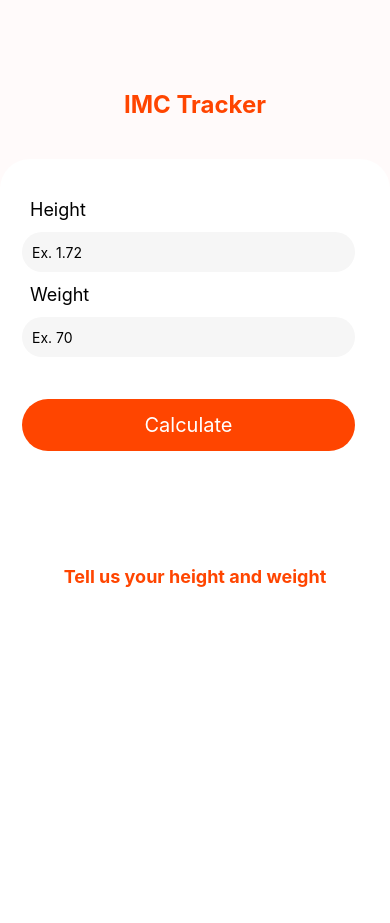
Repository: rubenmatias08/IMCTracker
Screen: /
An editor plug-in stored every save of this project. The screen is shown before and after the next save, followed by the edit.
The app was drawn by React Native's web renderer in a window 390 px wide. The project was rebuilt for these pictures with package versions that can differ from the ones it lists, and the page was loaded fresh each time.

Above is the screen before, as saved 2024-03-11 00:40:09.

### App.js
import { StyleSheet, View } from 'react-native';
import Title from './src/components/Title';
import Form from './src/components/Form/index'

export default function App() {
  return (
    <View style={styles.container}>
      <Title/>
      <Form />
    </View>
  );
}

const styles = StyleSheet.create({
  container: {
    flex: 1,
    backgroundColor: '#FFFAFA',
    paddingTop: 80,

  },
});



/*
   alignItems: 'center',
    justifyContent: 'center',

*/

### src/components/Title/index.js
import React from "react";
import { View,Text } from "react-native"; //Componentes
import styles from "./style";

export default function Title(){
    return(
        <View style={styles.boxTitle}>
            <Text style={styles.textTitle}>IMC Tracker</Text>
        </View>
    )
}

//Para aplicar a estilização colocamos: style={nomedoficheiroimportado.propriedadeJSON}

### src/components/Form/index.js
import React , {useState} from "react";
import { TextInput, View, Text, TouchableOpacity} from "react-native";
import ResultIMC from "./ResultIMC";
import styles from "./style";


export default function Form(){

    const [height, setHeight] = useState(null); // Altura
    const [weight, setWeight] = useState(null); // Peso
    const [messageIMC, setmessageIMC] = useState("Tell us your height and weight"); // Mensagem que contem o resultado
    const [imc,setIMC] = useState(null); // valor do IMC
    const [textButton, setTextButton] = useState("Calculate"); //

    //Calcular o imc é altura x altura a dividir por peso
    //E vamos querer que nos retorne o resultado (toFixed) que é para vir com 2 casas decimais apenas.
    function CalculatorIMC(){
        return setIMC((weight / (height * height)).toFixed(2))
    }

    //Caso os valores tiverem sido preenchidos ele valida, caso contrário temos de avisar o usuário para preencher os dados de altura e peso.
    //Aqui com a condição é: Caso os valores de height e weight sejam diferentes de null, ou seja, estão preenchidos... Chama a função CalculatorIMC() que fará o calculo que depois nos dá o resultado.
    function ValidationIMC(){
        if(height != null && weight != null){
            CalculatorIMC() //Função do calculo
            setHeight(null) //Reset de height para que se faça depois um novo calculo
            setWeight(null) //Reset de weight para que se faça depois um novo calculo
            setmessageIMC("Your IMC is:") //Mensagem para apresentar o resultado
            setTextButton("Calculate again") //Botão com mensagem
            return //Depois de tudo isto... Retorna-nos.
        }
        setIMC(null) //caso o peso e altura sejam nulos, colocamos o imc como nulo também para que não haja resposta de possiveis calculos anteriores
        setTextButton("Calculate") //Para voltar a apresentar o texto original
        setmessageIMC("Tell us your height and weight") //Para voltar a apresentar o texto original

    }


    return(
        <View style={styles.formContent}>
            <View style={styles.form}>
                <Text style={styles.formLabel}>Height</Text>
                <TextInput style= {styles.input}
                onChangeText={setHeight}
                value={height}
                placeholder="Ex. 1.72"
                keyboardType="numeric"
                />

                <Text style={styles.formLabel}>Weight</Text>
                <TextInput style= {styles.input}
                onChangeText={setWeight}
                value={weight}
                placeholder="Ex. 70"
                keyboardType="numeric"
                />

               <TouchableOpacity style={styles.buttonCalculator} onPress={() => ValidationIMC()}>
               <Text style={styles.textButtonCalculator}>{textButton}</Text>
               </TouchableOpacity>

            </View>
            <ResultIMC messageResultImc={messageIMC} resultImc={imc}/>
        </View>
    )
}

//O keyboardType indica qual o tipo de teclado que ele vai abrir
//No <ResultIMC> leva duas props com propriedades dinamicas.


//Antes tinhamos um Button para clicar em vez de TouchOpacity, assim:
//  <Button onPress={() => ValidationIMC()} title={textButton}/>
//mas fizemos diferente e usamos o TouchOpacity porque é mais moderno e melhor. Há várias opções assim, basta ver na documentação do react native.

### src/components/Title/style.js
import { StyleSheet } from "react-native";

const styles = StyleSheet.create( {
    boxTitle: {
        alignItems: "center",
        justifyContent: "center",
        padding: 10,
    },
    textTitle: {
        color:"#FF4500",
        fontSize:24,
        fontWeight:"bold"
    }
});

export default styles;

### src/components/Form/ResultIMC/index.js
import React from "react";
import { View , Text } from "react-native";
import styles from "./style";

export default function ResultIMC(props){
    return(
        <View style={styles.ResultIMC}>
            <Text style={styles.information}>{props.messageResultImc}</Text>
            <Text style={styles.numberIMC}>{props.resultImc}</Text>
        </View>
    )
}

//Neste componente vai ser mostrado o resultado do valor de IMC e uma mensagem com o valor desse IMC.

### src/components/Form/style.js
import { StyleSheet } from "react-native";

const styles = StyleSheet.create( {
    formContent: {
        width:"100%",
        height:"100%",
        bottom:0,
        backgroundColor:"#ffffff",
        alignItems:"center",
        borderTopLeftRadius:30,
        borderTopRightRadius:30,
        marginTop:30
    },
    form: {
        width:"100%",
        height:"auto", //Colocando auto, ao colocar novos items ao conteudo ele ajusta.
        marginTop:30,
        padding:10
    },
    formLabel:{
        color:"#000000",
        fontSize:18,
        paddingLeft:20,
    },
    input:{
        width:"90%",
        borderRadius:50,
        backgroundColor:"#f6f6f6",
        height:40,
        margin:12,
        paddingLeft:10,
    },
    buttonCalculator:{
        borderRadius:50,
        alignItems:"center",
        justifyContent:"center",
        width:"90%",
        backgroundColor:"#FF4500",
        paddingTop:14,
        paddingBottom:14,
        marginLeft:12,
        margin:30

    },
    textButtonCalculator:{
        fontSize:20,
        color: "#ffffff",
    }
});

export default styles;

### src/components/Form/ResultIMC/style.js
import { StyleSheet } from "react-native";

const styles = StyleSheet.create( {
    ResultIMC: {
        flex:1,
        marginTop:15,
        paddingTop:60,
        borderRadius:50,
        alignItems:"center",
        width:"100%",
    },
    numberIMC:{
        fontSize:48,
        color:"#FF4500",
        fontWeight:"bold"
    },
    information:{
        fontSize:18,
        color:"#FF4500",
        fontWeight:"bold"
    }
});

export default styles;

After the next save:
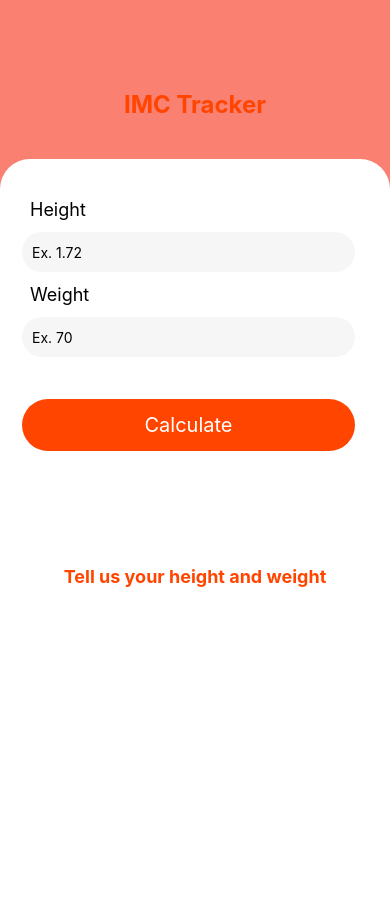
Saved 21 s later.
--- a/App.js
+++ b/App.js
@@ -14,7 +14,7 @@ export default function App() {
 const styles = StyleSheet.create({
   container: {
     flex: 1,
-    backgroundColor: '#FFFAFA',
+    backgroundColor: '#FA8072',
     paddingTop: 80,
 
   },
